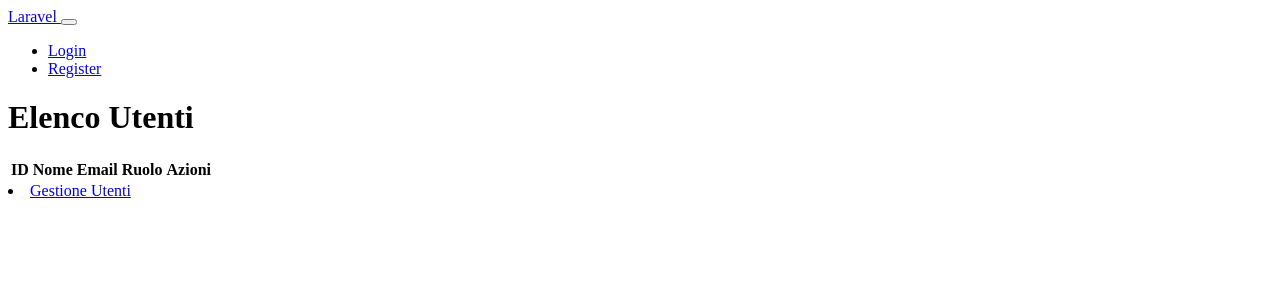
Repository: matteomorreale/wp-laravel
Page: http://localhost/users
The author's editor kept a copy of each file at every save. The page is drawn from the files as they stood at one save, then again after the next save.
The browser window is 1280 px wide. The pictures show the whole page.
The page is served by the project's Laravel application, run on PHP 8.4 with Laravel 12. Other server files are loaded and not shown. Style sheets and scripts are compiled from the project's sources, by tool versions that may differ from the author's. Queries for data that is not in the repository find no rows.

Above is the page before, as saved 2024-10-19 17:10:20.

### routes/web.php
<?php

use Illuminate\Support\Facades\Route;

Route::get('/', function () {
    return view('welcome');
});

Auth::routes();

Route::get('/home', [App\Http\Controllers\HomeController::class, 'index'])->name('home');

// Gestione utenti
use App\Http\Controllers\UserController;
Route::get('/users', [UserController::class, 'index'])->name('users.index')->middleware('role:admin');
Route::get('/users/{user}/edit', [UserController::class, 'edit'])->name('users.edit')->middleware('role:admin');
Route::post('/users/{user}', [UserController::class, 'update'])->name('users.update')->middleware('role:admin');
Route::get('/users', [App\Http\Controllers\UserController::class, 'index'])
    ->name('users.index')
    ->middleware('role:admin');

### app/Http/Controllers/UserController.php
<?php
namespace App\Http\Controllers;

use App\Models\User;
use Illuminate\Http\Request;

class UserController extends Controller
{
    public function index()
    {
        // Ottieni tutti gli utenti dal database
        $users = User::all();

        // Mostra la vista con l'elenco degli utenti
        return view('users.index', compact('users'));
    }

    public function edit(User $user)
    {
        // Passa l'utente selezionato alla vista di modifica
        return view('users.edit', compact('user'));
    }

    public function update(Request $request, User $user)
    {
        // Valida l'input
        $request->validate([
            'name' => 'required',
            'email' => 'required|email',
            'role' => 'required'
        ]);

        // Aggiorna i dettagli dell'utente
        $user->name = $request->name;
        $user->email = $request->email;
        $user->save();

        // Assegna il ruolo selezionato
        $user->syncRoles($request->role);

        // Reindirizza alla lista utenti
        return redirect()->route('users.index')->with('success', 'Utente aggiornato con successo!');
    }
}

### app/Models/User.php
<?php

namespace App\Models;

// use Illuminate\Contracts\Auth\MustVerifyEmail;
use Illuminate\Database\Eloquent\Factories\HasFactory;
use Illuminate\Foundation\Auth\User as Authenticatable;
use Illuminate\Notifications\Notifiable;
use Spatie\Permission\Traits\HasRoles;

class User extends Authenticatable
{
    /** @use HasFactory<\Database\Factories\UserFactory> */
    use HasFactory, Notifiable;
    use HasRoles;  // Aggiungi questa riga
    protected $guard_name = 'web'; // or whatever guard you want to use

    /**
     * The attributes that are mass assignable.
     *
     * @var array<int, string>
     */
    protected $fillable = [
        'name',
        'email',
        'password',
    ];

    /**
     * The attributes that should be hidden for serialization.
     *
     * @var array<int, string>
     */
    protected $hidden = [
        'password',
        'remember_token',
    ];

    /**
     * Get the attributes that should be cast.
     *
     * @return array<string, string>
     */
    protected function casts(): array
    {
        return [
            'email_verified_at' => 'datetime',
            'password' => 'hashed',
        ];
    }
}

### resources/views/users/index.blade.php
@extends('layouts.app')

@section('content')
    <div class="container">
        <h1>Elenco Utenti</h1>

        <table class="table">
            <thead>
                <tr>
                    <th>ID</th>
                    <th>Nome</th>
                    <th>Email</th>
                    <th>Ruolo</th>
                    <th>Azioni</th>
                </tr>
            </thead>
            <tbody>
                @foreach ($users as $user)
                    <tr>
                        <td>{{ $user->id }}</td>
                        <td>{{ $user->name }}</td>
                        <td>{{ $user->email }}</td>
                        <td>{{ implode(', ', $user->getRoleNames()->toArray()) }}</td>
                        <td>
                            <a href="{{ route('users.edit', $user->id) }}" class="btn btn-primary">Modifica</a>
                        </td>
                    </tr>
                @endforeach
            </tbody>
        </table>
    </div>
@endsection

### resources/views/layouts/app.blade.php
<!doctype html>
<html lang="{{ str_replace('_', '-', app()->getLocale()) }}">
<head>
    <meta charset="utf-8">
    <meta name="viewport" content="width=device-width, initial-scale=1">

    <!-- CSRF Token -->
    <meta name="csrf-token" content="{{ csrf_token() }}">

    <title>{{ config('app.name', 'Laravel') }}</title>

    <!-- Fonts -->
    <link rel="dns-prefetch" href="//fonts.bunny.net">
    <link href="https://fonts.bunny.net/css?family=Roboto" rel="stylesheet">

    <!-- Scripts -->
    @vite(['resources/sass/app.scss', 'resources/js/app.js'])
</head>
<body>
    <div id="app">
        <nav class="navbar navbar-expand-md navbar-light bg-white shadow-sm">
            <div class="container">
                <a class="navbar-brand" href="{{ url('/') }}">
                    {{ config('app.name', 'Laravel') }}
                </a>
                <button class="navbar-toggler" type="button" data-bs-toggle="collapse" data-bs-target="#navbarSupportedContent" aria-controls="navbarSupportedContent" aria-expanded="false" aria-label="{{ __('Toggle navigation') }}">
                    <span class="navbar-toggler-icon"></span>
                </button>

                <div class="collapse navbar-collapse" id="navbarSupportedContent">
                    <!-- Left Side Of Navbar -->
                    <ul class="navbar-nav me-auto">

                    </ul>

                    <!-- Right Side Of Navbar -->
                    <ul class="navbar-nav ms-auto">
                        <!-- Authentication Links -->
                        @guest
                            @if (Route::has('login'))
                                <li class="nav-item">
                                    <a class="nav-link" href="{{ route('login') }}">{{ __('Login') }}</a>
                                </li>
                            @endif

                            @if (Route::has('register'))
                                <li class="nav-item">
                                    <a class="nav-link" href="{{ route('register') }}">{{ __('Register') }}</a>
                                </li>
                            @endif
                        @else
                            <li class="nav-item dropdown">
                                <a id="navbarDropdown" class="nav-link dropdown-toggle" href="#" role="button" data-bs-toggle="dropdown" aria-haspopup="true" aria-expanded="false" v-pre>
                                    {{ Auth::user()->name }}
                                </a>

                                <div class="dropdown-menu dropdown-menu-end" aria-labelledby="navbarDropdown">
                                    <a class="dropdown-item" href="{{ route('logout') }}"
                                       onclick="event.preventDefault();
                                                     document.getElementById('logout-form').submit();">
                                        {{ __('Logout') }}
                                    </a>

                                    <form id="logout-form" action="{{ route('logout') }}" method="POST" class="d-none">
                                        @csrf
                                    </form>
                                </div>
                            </li>
                        @endguest
                    </ul>
                </div>
            </div>
        </nav>

        <main class="py-4">
            @yield('content')
            <section>
                <li class="nav-item">
                    <a class="nav-link" href="{{ route('users.index') }}">Gestione Utenti</a>
                </li>
            </section>
        </main>
    </div>
</body>
</html>

### resources/sass/app.scss
// Fonts
@import url('https://fonts.bunny.net/css?family=Roboto');

// Variables
@import 'variables';

// Bootstrap
//@import 'bootstrap/scss/bootstrap';

### resources/sass/_variables.scss
// Body
$body-bg: #f8fafc;

// Typography
$font-family-sans-serif: 'Roboto', sans-serif;
$font-size-base: 0.9rem;
$line-height-base: 1.6;

Loaded but not shown: app/Http/Controllers/Auth/ConfirmPasswordController.php (common file); app/Http/Controllers/Controller.php (common file)

After the next save:
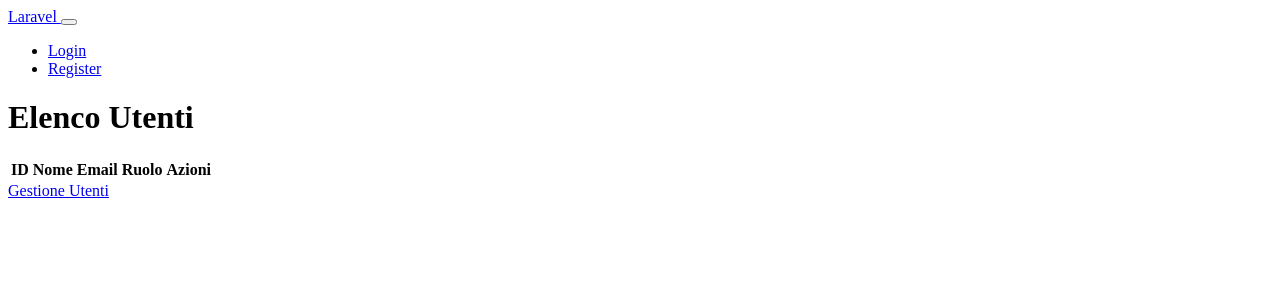
Saved 8 s later.
--- a/resources/views/layouts/app.blade.php
+++ b/resources/views/layouts/app.blade.php
@@ -75,9 +75,7 @@
         <main class="py-4">
             @yield('content')
             <section>
-                <li class="nav-item">
                     <a class="nav-link" href="{{ route('users.index') }}">Gestione Utenti</a>
-                </li>
             </section>
         </main>
     </div>
